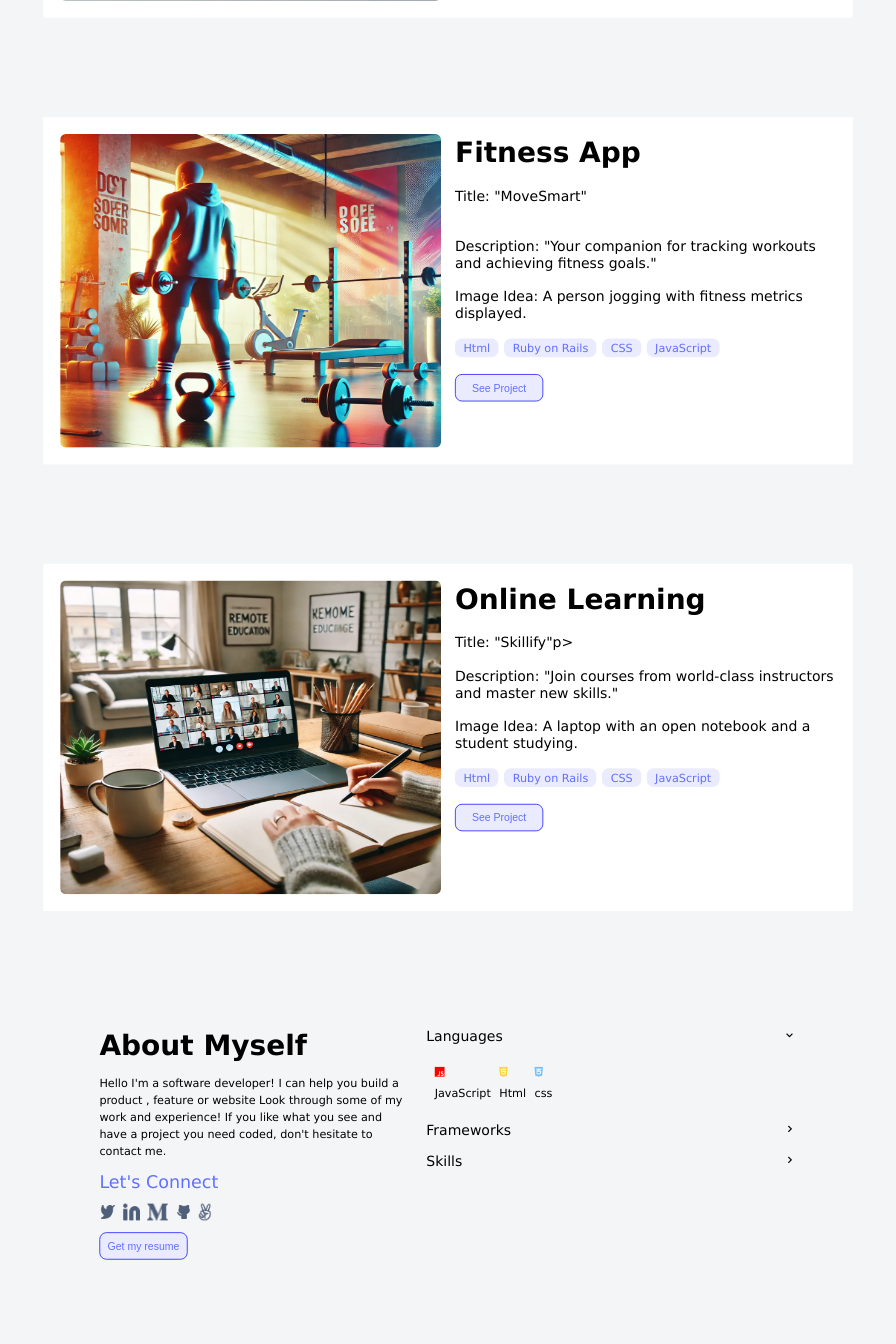
Repository: usman3123/portfolio-template-3
Page: portfolio.html
An editor plug-in stored every save of this project. The page is shown before and after the next save, followed by the edit.
The browser window is 1280 px wide. The pictures show the part of the page from y = 1979 to 3899 px (the page is 3899 px tall), at 70% of full size.
Some web libraries are served in a nearby version.

Above is the page before, as saved 2025-01-25 19:19:40.
Not found: index.js

### portfolio.html
<!DOCTYPE html>
<html lang="en">
<head>
  <meta charset="UTF-8">
  <meta name="viewport" content="width=device-width, initial-scale=1.0">
  <title>project 2</title>
  <link rel="stylesheet" href="style.css">
  <link href='https://unpkg.com/boxicons@2.1.4/css/boxicons.min.css' rel='stylesheet'>
  <link rel="stylesheet" href="https://cdnjs.cloudflare.com/ajax/libs/font-awesome/6.6.0/css/all.min.css" integrity="sha512-Kc323vGBEqzTmouAECnVceyQqyqdsSiqLQISBL29aUW4U/M7pSPA/gEUZQqv1cwx4OnYxTxve5UMg5GT6L4JJg==" crossorigin="anonymous" referrerpolicy="no-referrer" />
  <link rel="stylesheet" href="https://cdnjs.cloudflare.com/ajax/libs/font-awesome/6.6.0/css/all.min.css" integrity="sha512-Kc323vGBEqzTmouAECnVceyQqyqdsSiqLQISBL29aUW4U/M7pSPA/gEUZQqv1cwx4OnYxTxve5UMg5GT6L4JJg==" crossorigin="anonymous" referrerpolicy="no-referrer" />

  <link rel="stylesheet" href="https://cdnjs.cloudflare.com/ajax/libs/font-awesome/6.7.2/css/all.min.css">
  <link rel="preconnect" href="https://fonts.googleapis.com">
<link rel="preconnect" href="https://fonts.gstatic.com" crossorigin>
<link href="https://fonts.googleapis.com/css2?family=Poppins:ital,wght@0,100;0,200;0,300;0,400;0,500;0,600;0,700;0,800;0,900;1,100;1,200;1,300;1,400;1,500;1,600;1,700;1,800;1,900&display=swap" rel="stylesheet">
</head>

<body>
<section class="webpage">
  <!-- Navbar -->

 <div class="hero-page">
  <div class="header-div">
    <nav class="nav-bar flex">
        <h4 class="nav-heading">My Logo</h4>
        <div class="nav-links flex">
            <a href="#myportfolio" class="link">Portfolo</a>
            <a href="myabout" class="link">About</a>
            <a href="mycontact" class="link" >Contact</a>
        </div>
        <i class="fa-solid fa-light fa-bars fa-xl " id="nav-icon"></i>
    </nav>
</div>

  <!-- Main Content -->
  <section id="myportfolio" class="hero-section flex">
    <div class="hero-content flex">
        <h1 class="hero-head"> I'm USMAN!
          Glad to see you.
      </h1>
      <p class="hero-p">
         I'm a software developer! I can help you build a product , feature or website Look through  some of my work and experience! If you like what you see and have a project you need coded, don’t hesitate to contact me.
      </p>
     <p class="let-connect"> LET'S CONNECT</p>

      <div class="icons flex">
          <img src="/assets/twitter.png" class="media-icon">
          <img src="assets/Linkedin.png" class="media-icon">
          <img src="assets/M.png" class="media-icon">
          <img src="assets/Github.png" class="media-icon">
          <img src="assets/V.png" class="media-icon">
      </div>
    </div>
  </section>

 </div>
  <!-- Cards Section -->

  <section class="cards flex">
    <div class="card flex">
      <img class="card-img" src="/assets/card-1img.webp" alt="CARD_!_IMG">
      <div class="card-content flex">
        <h2 class="card-head">Technology Blog</h2>
        <p class="content-p">Title: "Innovating the Future"</p>
        <p class="content-sp">Description: "Explore groundbreaking advancements in AI and robotics shaping tomorrow."</p>
        <p class="content-p">Image Idea: A futuristic image showing AI robots collaborating with humans.</p>
        <div class="languages flex">
          <p class="lang">Html</p>
          <p class="lang">CSS</p>
          <p class="lang">JavaScript</p>
        </div>
        <button class="content-btn">See Project</button>
      </div>
    </div>
    <div class="card flex">
      <img class="card-img" src="/assets/card-2img.webp" alt="CARD_!_IMG">
      <div class="card-content flex">
        <h2 id="photo-head">Photography Portfolio</h2>
        <p class="content-p">Title: "Lens Stories"<p>
        <p class="content-sp">Description: "A collection of awe-inspiring moments captured around the globe."</p>
        <p class="content-p">Image Idea: A scenic view of mountains or a person with a camera.
        </p>
        <div class="languages flex">
          <p class="lang">Html</p>
          <p class="lang">Ruby on Rails</p>
          <p class="lang">CSS</p>
          <p class="lang">JavaScript</p>
        </div>
        <button class="content-btn">See Project</button>
      </div>
    </div>
    <div class="card flex">
      <img class="card-img" src="/assets/card-3img.webp" alt="CARD_!_IMG">
      <div class="card-content flex">
        <h2 class="card-head">Fitness App</h2>
        <p class="content-p">Title: "MoveSmart"<p>
        <p class="content-sp">Description: "Your companion for tracking workouts and achieving fitness goals."</p>
        <p class="content-p">Image Idea: A person jogging with fitness metrics displayed.</p>
        <div class="languages flex">
          <p class="lang">Html</p>
          <p class="lang">Ruby on Rails</p>
          <p class="lang">CSS</p>
          <p class="lang">JavaScript</p>
        </div>
        <button class="content-btn">See Project</button>
      </div>
    </div>
    <div class="card flex">
      <img class="card-img" src="/assets/card-4img.webp" alt="CARD_!_IMG">
      <div class="card-content flex">
        <h2 class="card-head">Online Learning</h2>
        <p class="content-p">Title: "Skillify"p>
        <p class="content-sp">Description: "Join courses from world-class instructors and master new skills."</p>
        <p class="content-p">Image Idea: A laptop with an open notebook and a student studying.</p>
        <div class="languages flex">
          <p class="lang">Html</p>
          <p class="lang">Ruby on Rails</p>
          <p class="lang">CSS</p>
          <p class="lang">JavaScript</p>
        </div>
        <button class="content-btn">See Project</button>
      </div>
    </div>
  </section>


   <!-- ABOUT MYSELF -->

  <section id="myabout" class="about flex">

    <div class="about-intro flex">
      <h1 class="about-head">About Myself</h1>
      <p class="about-paragraph">Hello I'm a software developer! I can help you build a product , feature or website Look through some of my work and experience! If you like what you see and have a project you need coded, don't hesitate to contact me.</p>
        <p class="connect">Let's Connect</p>
        <div class="icons flex icon-gap">
          <img src="assets/twitter.png" class="twitter">
          <img src="assets/Linkedin.png" class="inimage">
          <img src="assets/M.png" class="mimage">
          <img src="assets/Github.png" class="tomimage">
          <img src="assets/V.png" class="protocol">
      </div>
      <button class="content-btn rsm-btn"> Get my resume</button>
    </div>

    <div class="about-skills flex">
      <div class="about-all flex">
        <p>Languages</p>
        <i class='bx bx-chevron-down'></i>
      </div>
      <div class="about-lang flex">
        <div class="about-lang-img flex">
          <i class="fa-brands fa-js" class="sty-i" style="color: #ff0000;"></i>
          <p>JavaScript</p>
        </div>
        <div class="about-lang-img flex">
          <i class="fa-brands fa-html5" class="sty-i" style="color: #FFD43B;"></i>
          <p>Html</p>

        </div>
        <div class="about-lang-img flex">
          <i class="fa-brands fa-css3-alt" class="sty-i" style="color: #74C0FC;"></i>
          <p>css</p>
        </div>
      </div>
      <div class="about-all flex">
        <p> Frameworks</p>
        <i class='bx bx-chevron-right'></i>
      </div>
      <div class="about-all flex">
        <p>Skills</p>
        <i class='bx bx-chevron-right'></i>
        </div>
        </div>
        <!-- <div class="contact-section flex">
            <h4 class="contact-paragraph">I'm always interested in hearing about new projects, so if you'd like to chat please get in touch.</h4>
            <form action="submit-form" class="contact-form flex">
                <div class="names flex">
                    <input type="text" placeholder="Full name" class="first-name">
                    <input type="text" placeholder="last name" class="last-name">
      </div>
        <div class="contact-section flex">
            <h4 class="contact-paragraph">I'm always interested in hearing about new projects, so if you'd like to chat please get in touch.</h4>
            <form action="submit-form" class="contact-form flex">
                <div class="names flex">
                    <input type="text" placeholder="Full name" class="first-name">
                    <input type="text" placeholder="last name" class="last-name">
    </div> -->
  </section>

  <!-- Contact section -->

  <!-- <section id="mycontact" class="contact-section">
    <h1 class="contact-heading">Contact Me</h1>
    <p class="contact-description">
        If you have an application you are interested in developing, a feature that you need built, or a project that needs coding, I'd love to help with it!
    </p>
    <form class="contact-form">
        <input class="form-input" type="text" placeholder="Your Name">
        <input class="form-input" type="email" placeholder="Your Email">
        <textarea class="form-message" placeholder="Write your message here..."></textarea>
        <button class="form-button">Get in Touch</button>
    </form>

</section>

</main> -->
</section>

<script src="index.js"></script>
</body>
</html>

### style.css
*{
    margin: 0;
    padding: 0;
    box-sizing: border-box;
}

body {
    font-family: Verdana, Geneva, Tahoma, sans-serif;
    background-color: #f4f5f7;
    justify-content: center;
    display: flex
;
}

.flex {
    display: flex;
}

/* nav-bar */

.header-div {
    background-color: #3c3a39;
    width: 100%;
}

.nav-bar {
    justify-content: space-between;
    color: white;
    max-width: 1204px;
    align-items: center;
    padding: 10px 24px;
}

.nav-heading {
    font-size: 30px;
}

.nav-links {
    gap: 40px;
    align-items: center;
    font-size: 25px;
    display: none;
}
.nav-icon {
    display: flex;
    width: 24px;
}


/* hero-section */

.hero-page {
    background-color: white;
    border-bottom-left-radius: 190px;
    background-image: url(/assets/Header\ bg@2x.png);
    background-size: contain;
    max-height: 846px;
    background-position: center;
    background-repeat: no-repeat;
    max-width: 1440px;
}
.hero-section {
    height: 846px;
    align-items: center;
    justify-content: center;
    padding-left: 20%;
}
.hero-content {
    flex-direction: column;
    gap: 20px;
}
.hero-head {
    font-size: 48px;
    font-weight: 700;
    width: 35%;
}

.hero-p {
    font-size: 25px;
    line-height: 28px;
    color: #344563;

    width: 73%;
}

.let-connect {
    color: #1d32f7;
    font-size: 20px;
    font-weight: 500;
    line-height: 24px;
}

.media-icon {
    height: 35px;
}

.icons {
    gap: 10px;
}

.nav-head {
    max-width: 1440px;
    width: 100%;
}
.enable {
    color: blue;
}
.link {
    color: white;
    text-decoration: none;
}

/* card-section */

.cards {
    flex-direction: column;
    align-items: center;
    gap:142px;
    padding: 24px;
}
.card {
    background-color: white;
    max-width: 1156px;
    max-height: 496px;
    width: 100%;
    padding: 24px;
    gap: 20px;
}
.card-img {
    max-width: 544px;
    width: 50%;
    border-radius:8px ;
}

.card-content {
    flex-direction: column;
    gap: 24px;
}

.card-head {
    font-size: 40px;
    font-weight: 700;
    line-height: 52px;
}
#photo-content {
    font-size: 40px;
    font-weight: 700;
    line-height: 52px;
}
.content-p {
    font-size: 20px;
    font-weight: 400;
    line-height: 24px;
}
.content-sp {
    font-size: 20px;
    font-weight: 400;
    line-height: 24px;
}

.languages {
    gap: 8px;
    align-items: center;
}

.lang {
    padding: 4px 12px;
    color: #6070ff;
    background-color: #ebebff;
    border-radius: 10px;
}

.content-btn {
    max-width: 126px;
    width: 100%;
    padding: 4px 12px;
    color: #6070ff;
    background-color: #ebebff;
    border-radius: 10px;
    padding: 10px;
    border: 1px solid blue;
    font-size: 15px;
}

/* about-section */

.about {
    padding: 142px;
    gap: 20px;
}

.about-intro {
    flex-direction: column;
    max-width: 447px;
    max-height: 311px;
    gap: 17px;
}

.about-head {
    font-size: 40px;
    font-weight: 700;
    line-height: 52px;
}
.about-paragraph {
    font-size: 16px;
    line-height: 24px;
}
.connect {
    color: #6070ff;
    font-size: 25px;
}

.about-skills {
    max-width: 684px;
    flex-direction: column;
    width: 100%;
    gap: 20px;
}

.about-all {
    justify-content: space-between;
    font-size: 20px;
}
.about-lang {
    gap: 12px;
    padding: 12px;
}
.about-lang-img {
    flex-direction: column;
    gap: 12px;
}
.sty-i {
    font-size: 50px;
}









@media (max-width : 1100px) {
    .hero-head {
        width: 53%;
    }
    .card-head {
        font-size: 2rem;
    }
    #photo-head {
        font-size: 27px;
    }
    .content-p {
        font-size: 15px;
    }
    .content-sp {
        font-size: 15px;
        display: none;
    }
    .card-content {
        gap: 20px;
    }

}
@media (max-width :870px) {
    .card {
        flex-direction: column;
        max-height: 552px;
        padding: 16px;
    }
    .card {
        max-width: 327px;
    }

}
@media (max-width : 870px) {
    .hero-head {
        width: 100%;
    }
    .hero-section {
        padding: 24px;
    }
    .hero-p {
        width: 100%;
    }
    .card-img {
        width: 100%;
        height: 18vh;
    }
    .card-content {
        gap: 2px;
    }
}
@media (min-width : 700px) {
    .nav-links {
        display: flex;
    }
    #nav-icon {
        display: none;
    }

}
@media (min-width : 1441px) {
    .card-content {
        gap: 30px;
    }
}

After the next save:
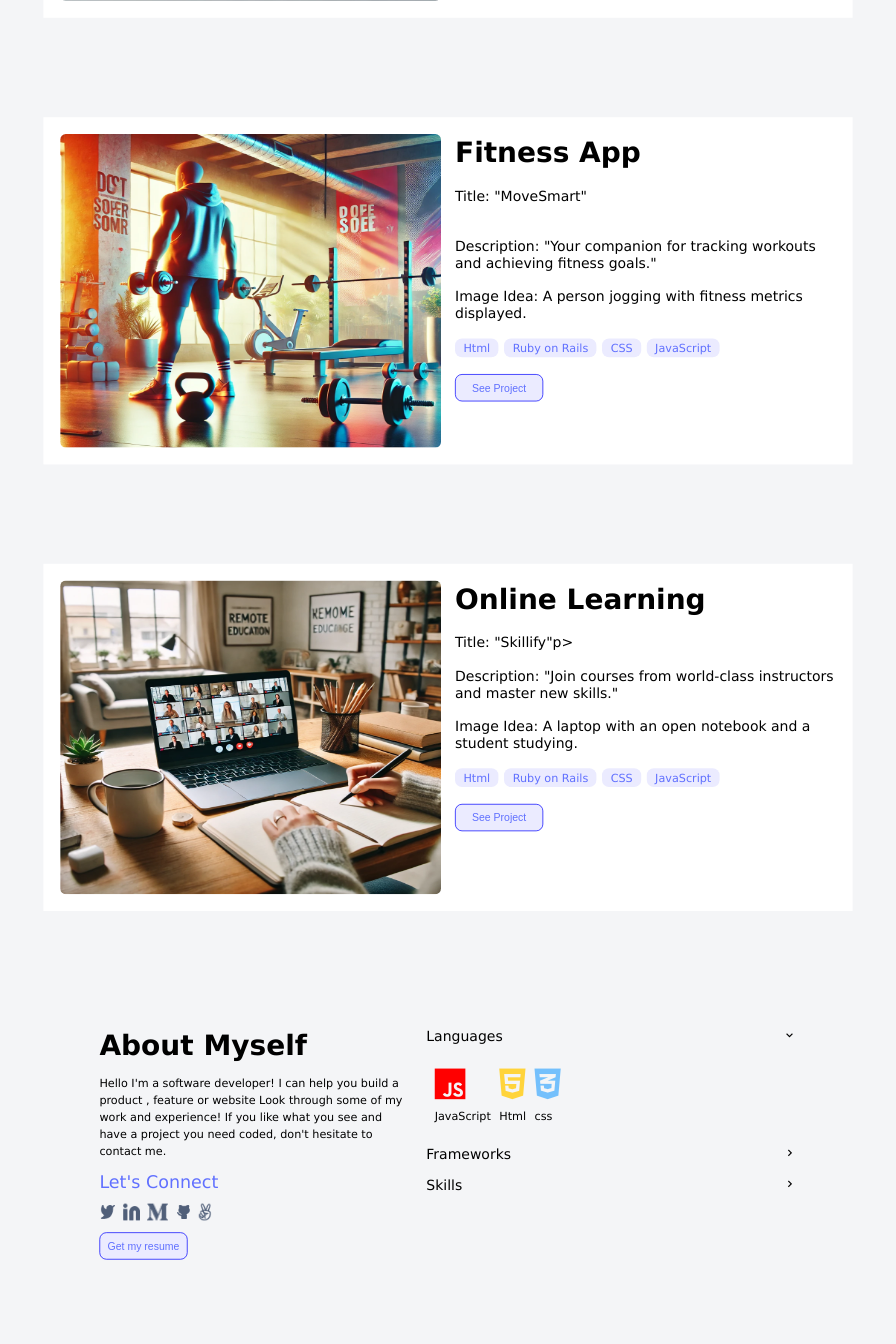
Saved 2 min 47 s later.
--- a/portfolio.html
+++ b/portfolio.html
@@ -149,16 +149,16 @@
       </div>
       <div class="about-lang flex">
         <div class="about-lang-img flex">
-          <i class="fa-brands fa-js" class="sty-i" style="color: #ff0000;"></i>
+          <i class="fa-brands fa-js sty-i" style="color: #ff0000;"></i>
           <p>JavaScript</p>
         </div>
         <div class="about-lang-img flex">
-          <i class="fa-brands fa-html5" class="sty-i" style="color: #FFD43B;"></i>
+          <i class="fa-brands fa-html5 sty-i" style="color: #FFD43B;"></i>
           <p>Html</p>
 
         </div>
         <div class="about-lang-img flex">
-          <i class="fa-brands fa-css3-alt" class="sty-i" style="color: #74C0FC;"></i>
+          <i class="fa-brands fa-css3-alt sty-i" style="color: #74C0FC;"></i>
           <p>css</p>
         </div>
       </div>
